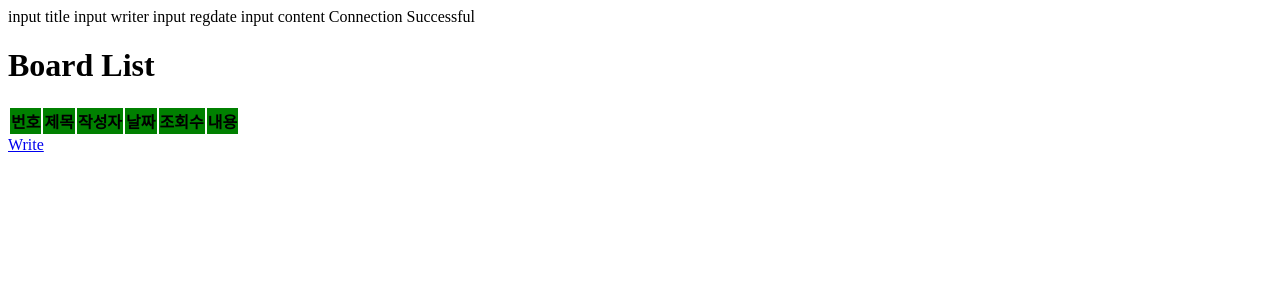
Repository: LEECHAEHEE/webProgramming
Page: http://localhost/board/
An editor plug-in stored every save of this project. The page is shown before and after the next save, followed by the edit.
The browser window is 1280 px wide. The pictures show the whole page.
The page is served by Tomcat 9. Nobody is signed in. The application's start-up code is not run. Other server files are loaded and not shown. Queries for data that is not in the repository find no rows.

Above is the page before, as saved 2018-04-02 10:09:10.

### board/WebContent/index.jsp
<%@ page language="java" contentType="text/html; charset=EUC-KR" pageEncoding="EUC-KR" %>
<%@ page import="java.sql.*" %>
<!DOCTYPE html>
<html>
<head>
<meta charset="EUC-KR">
<title>Board</title>
<%
	int idx = 1;
	String title = request.getParameter("title");
	String writer = request.getParameter("writer");
	String regdate = request.getParameter("regdate");
	String content = request.getParameter("content");
	int count = 100;

	if(title==null||title=="")
		out.println("input title");

	if(writer==null||writer=="")
		out.println("input writer");

	if(regdate==null||regdate=="")
		out.println("input regdate");

	if(content==null||content=="")
		out.println("input content");

	try{
		String driverName = "oracle.jdbc.driver.OracleDriver";
		String url = "jdbc:oracle:thin:@localhost:1521:XE";

		ResultSet rs = null;
		Class.forName(driverName);
		Connection conn = DriverManager.getConnection(url,"board","board");
		out.println("Connection Successful");

		Statement stmt = conn.createStatement();
		String sql = "select * from board order by idx desc";
		rs = stmt.executeQuery(sql);

%>
<style type="text/css">
	table, td, th {border:1px soild black;}
	th {background-color:green; color:black;}
</style>
</head>
<body>
<h1>Board List</h1>
	<table>
		<tr>					<!-- table row -->
			<th>번호</th>		<!-- table header -->
			<th>제목</th>
			<th>작성자</th>
			<th>날짜</th>
			<th>조회수</th>
			<th>내용</th>
		</tr>

<%
	 while(rs.next()){
			out.println("<tr>");
			out.println("<td>" + rs.getString(1) + "</td>");
			out.println("<td>" + rs.getString(2) + "</td>");
			out.println("<td>" + rs.getString(3) + "</td>");
			out.println("<td>" + rs.getString(4) + "</td>");
			out.println("<td>" + rs.getString(5) + "</td>");
			out.println("<td>" + rs.getString(6) + "</td>");
			out.println("</tr>");
		}

%>
	</table>

	<a href="write.jsp">Write</a>
<%
	conn.close();
		}catch(Exception e){
			out.println("Connection Failed");
			out.println(e.getMessage());
			e.printStackTrace();
	}
%>
</body>
</html>

After the next save:
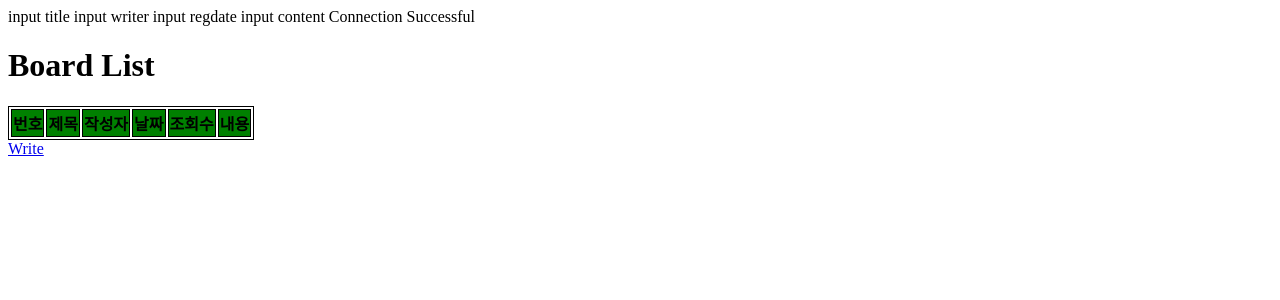
Saved 36 s later.
--- a/board/WebContent/index.jsp
+++ b/board/WebContent/index.jsp
@@ -40,7 +40,7 @@
 
 %>
 <style type="text/css">
-	table, td, th {border:1px soild black;}
+	table, td, th {border:1px solid black;}
 	th {background-color:green; color:black;}
 </style>
 </head>
